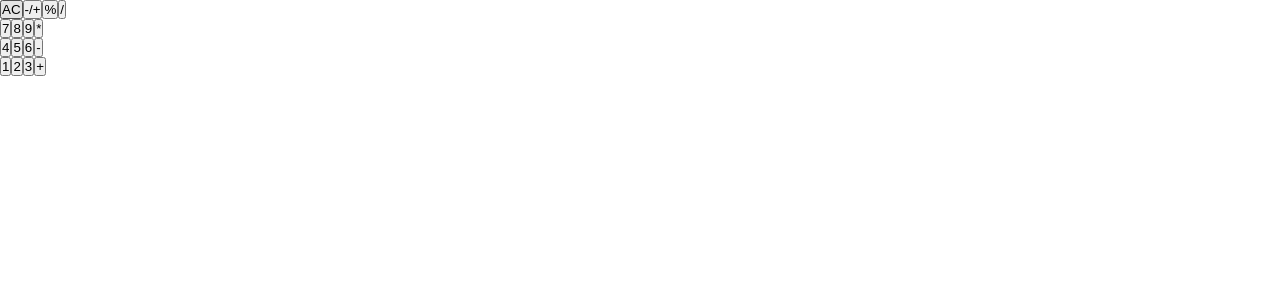
Repository: minhtien9/Calculator
Page: /
An editor plug-in stored every save of this project. The page is shown before and after the next save, followed by the edit.
The browser window is 1280 px wide. The pictures show the whole page.
The project was rebuilt for these pictures with package versions that can differ from the ones it lists, and the page was loaded fresh each time.

Above is the page before, as saved 2022-07-21 18:09:03.

After the next save:
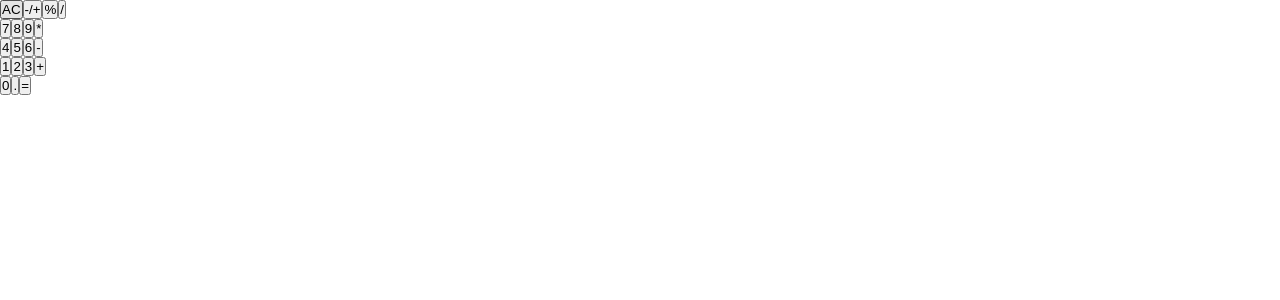
Saved 49 s later.
--- a/src/Components/Caculator.jsx
+++ b/src/Components/Caculator.jsx
@@ -32,7 +32,11 @@ const Caculator = () => {
                     <button className='one-block'>+</button>
                 </div>
 
-                <div className='keyboard-row'></div>
+                <div className='keyboard-row'>
+                    <button className='one-block'>0</button>
+                    <button className='one-block'> .</button>
+                    <button className='one-block'> =</button>
+                </div>
             </section>
         </div>
     );
